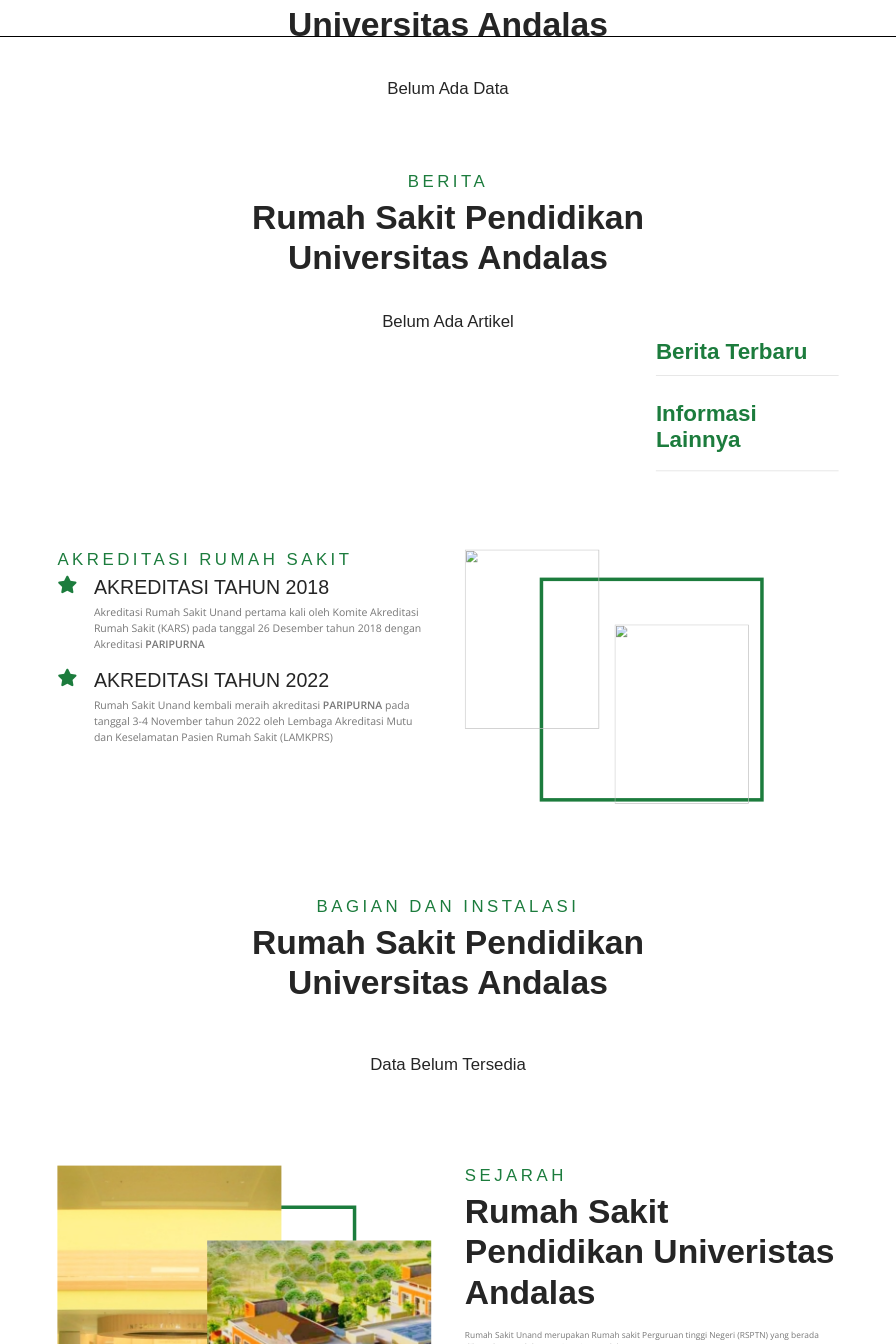
Repository: vivin-erialis/rsunand-site
Page: http://localhost/
The author's editor kept a copy of each file at every save. The page is drawn from the files as they stood at one save, then again after the next save.
The browser window is 1280 px wide. The pictures show the part of the page from y = 313 to 2233 px (the page is 3111 px tall before and 3770 px after), at 70% of full size.
Some web fonts or font styles are not loaded; a fallback is used. Some web libraries are served in a nearby version. The page is served by the project's Laravel application, run on PHP 8.4 with Laravel 12. Queries for data that is not in the repository find no rows.

Above is the page before, as saved 2024-06-10 08:23:19.
Console error: TypeError: Cannot read properties of undefined (reading 'version')

After the next save:
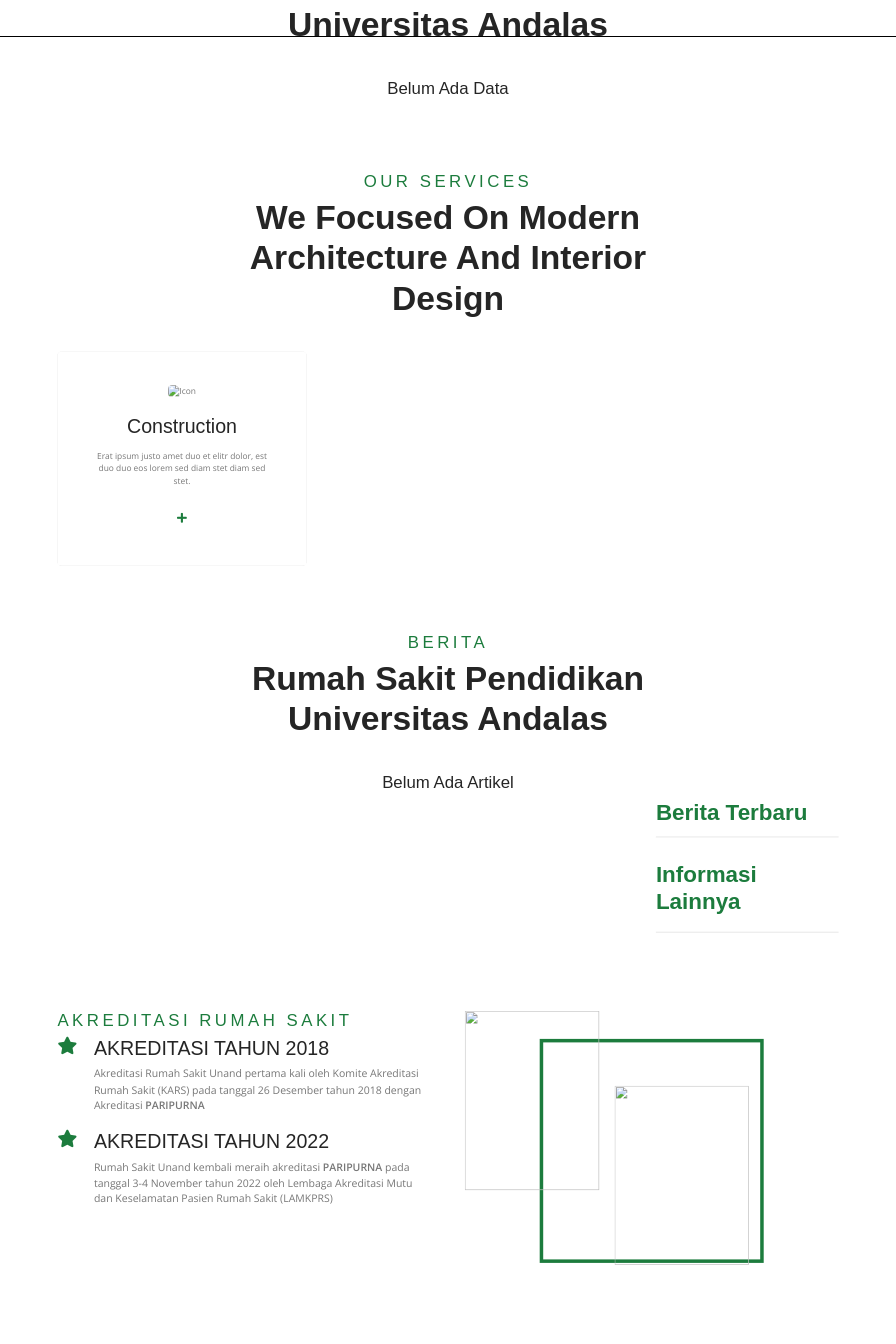
Saved 3 min 28 s later.
--- a/resources/views/Frontend/home.blade.php
+++ b/resources/views/Frontend/home.blade.php
@@ -110,6 +110,30 @@
         </div>
     </div>
 
+      <!-- Service Start -->
+      <div class="container-xxl py-5">
+        <div class="container">
+            <div class="text-center mx-auto mb-5 wow fadeInUp" data-wow-delay="0.1s" style="max-width: 600px;">
+                <h4 class="section-title">Our Services</h4>
+                <h1 class="display-5 mb-4">We Focused On Modern Architecture And Interior Design</h1>
+            </div>
+            <div class="row g-4">
+                <div class="col-lg-4 col-md-6 wow fadeInUp" data-wow-delay="0.5s">
+                    <div class="service-item d-flex position-relative text-center h-100">
+                        <img class="bg-img" src="img/service-6.jpg" alt="">
+                        <div class="service-text p-5">
+                            <img class="mb-4" src="img/icons/icon-10.png" alt="Icon">
+                            <h3 class="mb-3">Construction</h3>
+                            <p class="mb-4">Erat ipsum justo amet duo et elitr dolor, est duo duo eos lorem sed diam stet diam sed stet.</p>
+                            <a class="btn" href=""><i class="fa fa-plus text-primary me-3"></i>Read More</a>
+                        </div>
+                    </div>
+                </div>
+            </div>
+        </div>
+    </div>
+    <!-- Service End -->
+
     {{-- Berita --}}
     <div class="container-xxl py-5">
         <div class="container">
